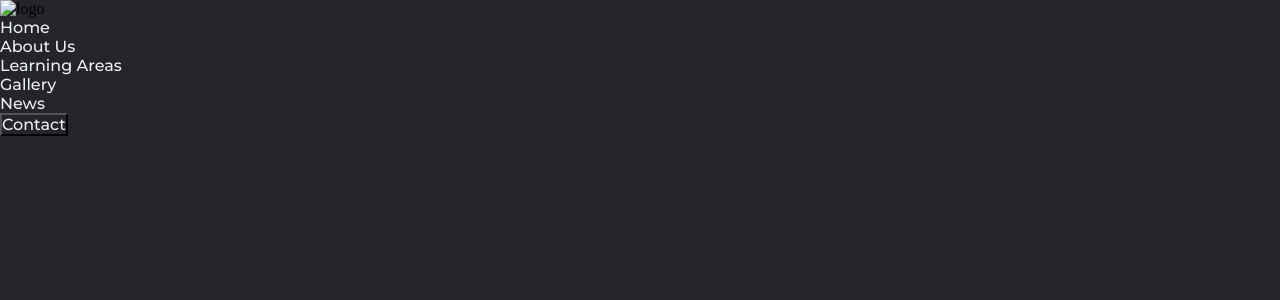
Repository: hkhaidhir/Mock-Website
Page: index.html
An editor plug-in stored every save of this project. The page is shown before and after the next save, followed by the edit.
The browser window is 1280 px wide. The pictures show the whole page.

Above is the page before, as saved 2023-03-01 20:39:41.

After the next save:
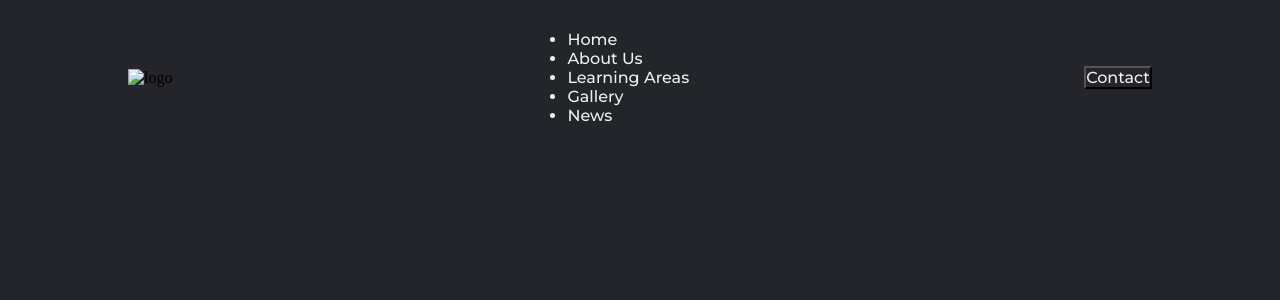
Saved 38 s later.
--- a/style.css
+++ b/style.css
@@ -19,3 +19,10 @@
     width:365;
     height: 199;
 }
+
+header{
+    display: flex;
+    justify-content: space-between;
+    align-items: center;
+    padding: 30px 10%;
+}
